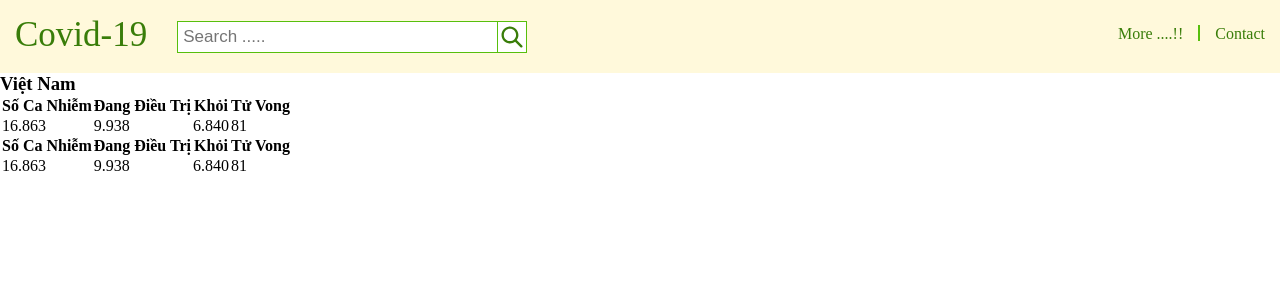
Repository: thuongton98/Covid
Page: html-css-js/index.html
An editor plug-in stored every save of this project. The page is shown before and after the next save, followed by the edit.
The browser window is 1280 px wide. The pictures show the whole page.

Above is the page before, as saved 2021-07-01 09:39:04.

After the next save:
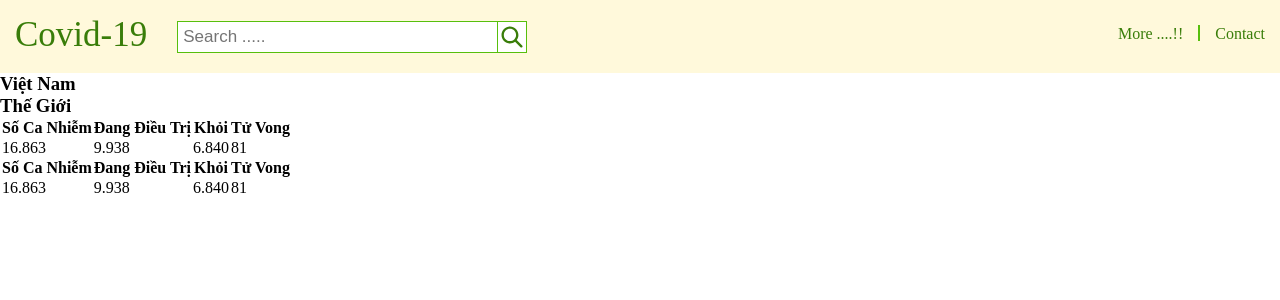
Saved 17 s later.
--- a/html-css-js/index.html
+++ b/html-css-js/index.html
@@ -40,7 +40,7 @@
                     <td>6.840</td>
                     <td>81</td>
                 </tr>
-
+                <h3>Thế Giới</h3>
                 <tr>
                     <th>Số Ca Nhiễm</th>
                     <th>Đang Điều Trị</th>
